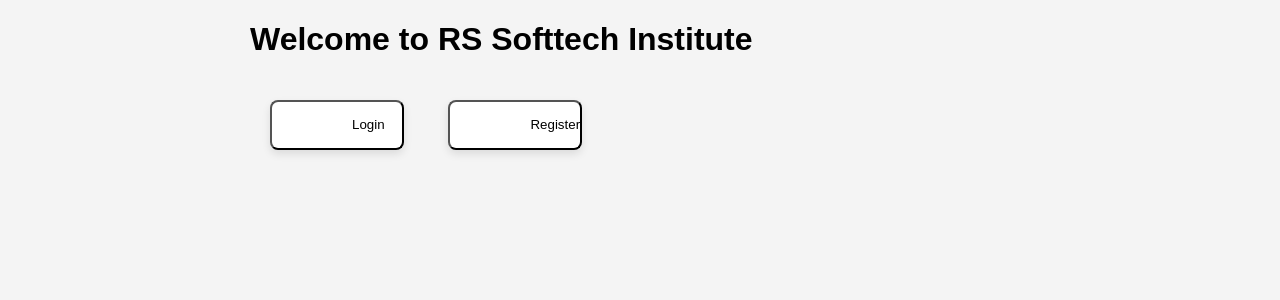
Repository: kkale14/My_allpr
Page: Kalyani1/src/main/webapp/Newpage.html
The author's editor kept a copy of each file at every save. The page is drawn from the files as they stood at one save, then again after the next save.
The browser window is 1280 px wide. The pictures show the whole page.

Above is the page before, as saved 2025-03-03 08:33:00.

After the next save:
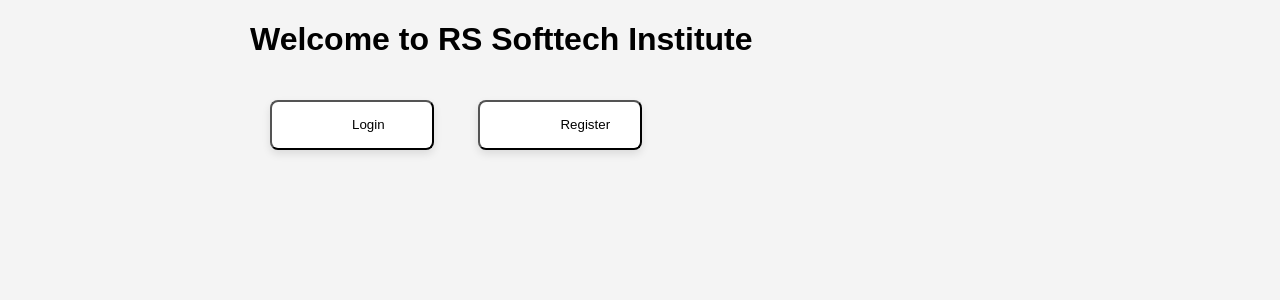
Saved 23 s later.
--- a/Kalyani1/src/main/webapp/Newpage.html
+++ b/Kalyani1/src/main/webapp/Newpage.html
@@ -23,7 +23,7 @@
           text-align:center;
             margin: 20px;
             padding-left: 80px;
-            padding-right:50px;
+            padding-right:80px;
             background-color: white;
             border-radius: 8px;
             box-shadow: 0 4px 8px rgba(0, 0, 0, 0.1);
